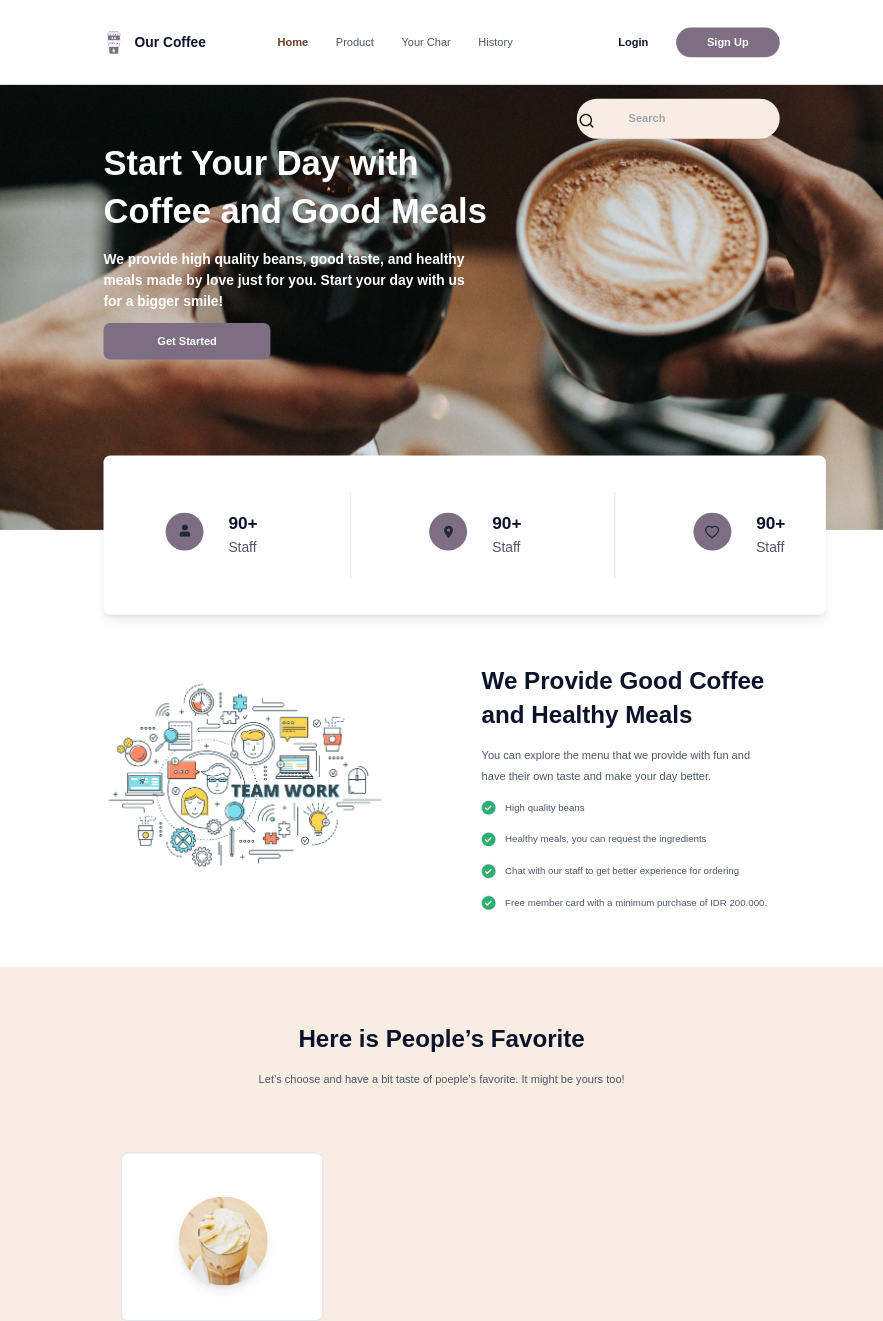
Repository: boykebn/fw12-collab2-FRONTEND
Page: / (app in our/)
These files come from the project's save history. The page is drawn as it stood at one moment and after the next save; the edit follows.
The browser window is 1280 px wide. The pictures show the whole page, at 69% of full size.
The project was rebuilt for these pictures with package versions that can differ from the ones it lists, and the page was loaded fresh each time. The framework's server and built-in components were replaced by stand-ins that run in the browser. Also part of the build but not shown: our/next.config.js.

Above is the page before, as saved 2022-12-30 23:01:36.

After the next save:
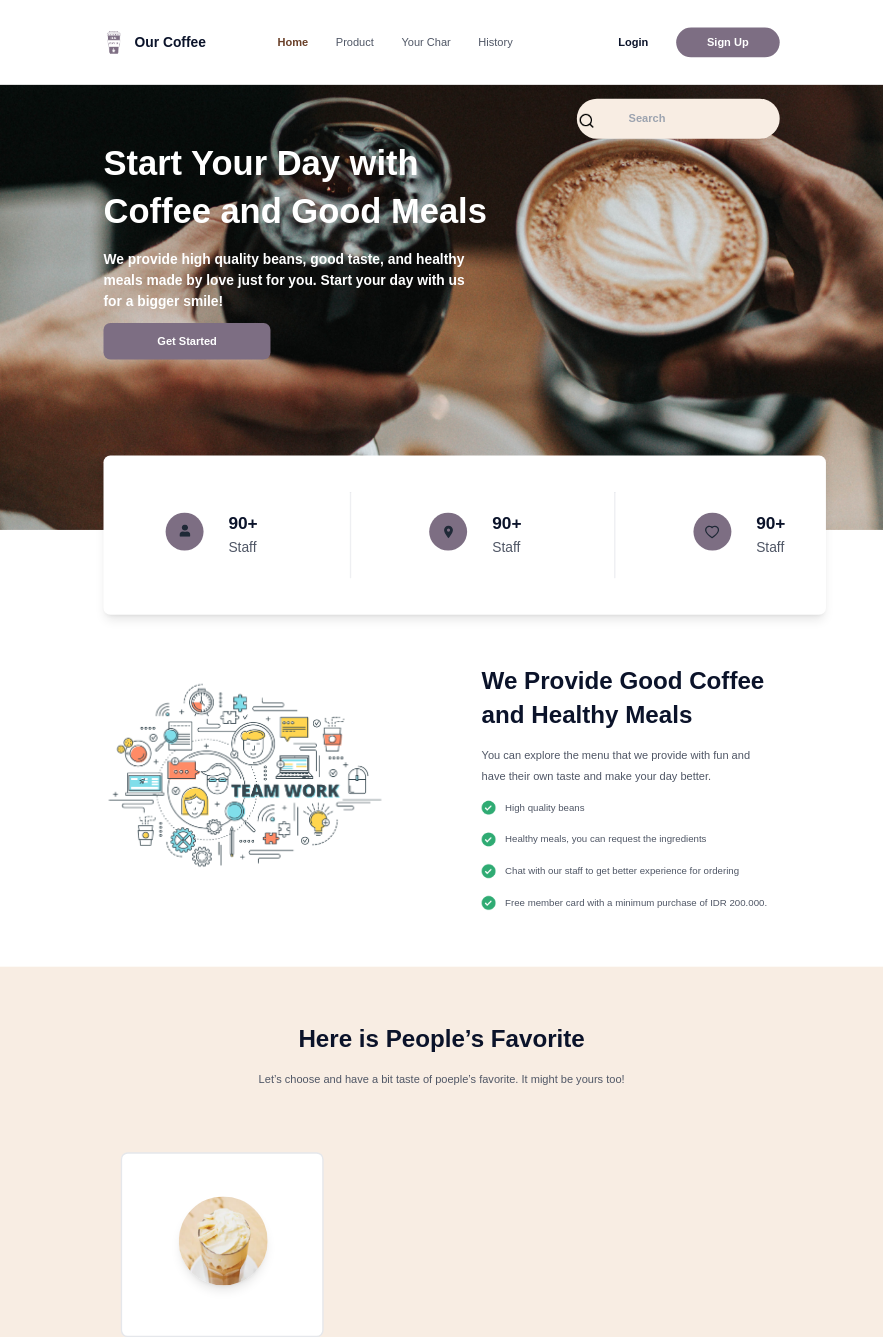
Saved 23 s later.
--- a/our/pages/index.js
+++ b/our/pages/index.js
@@ -117,7 +117,8 @@ export default function Home() {
         </div>
         <div className="px-[175px] flex">
           <div className="border-2 bg-white rounded-[10px] pt-[62px] pl-[82px] pr-[79px] pb-[50px]">
-            <Image src={food1} alt="food1" className="rounded-[50%] shadow-lg" />
+            <Image src={food1} alt="food1" className="rounded-[50%] shadow-lg mb-[23px]" />
+            <p></p>
           </div>
         </div>
       </div>
